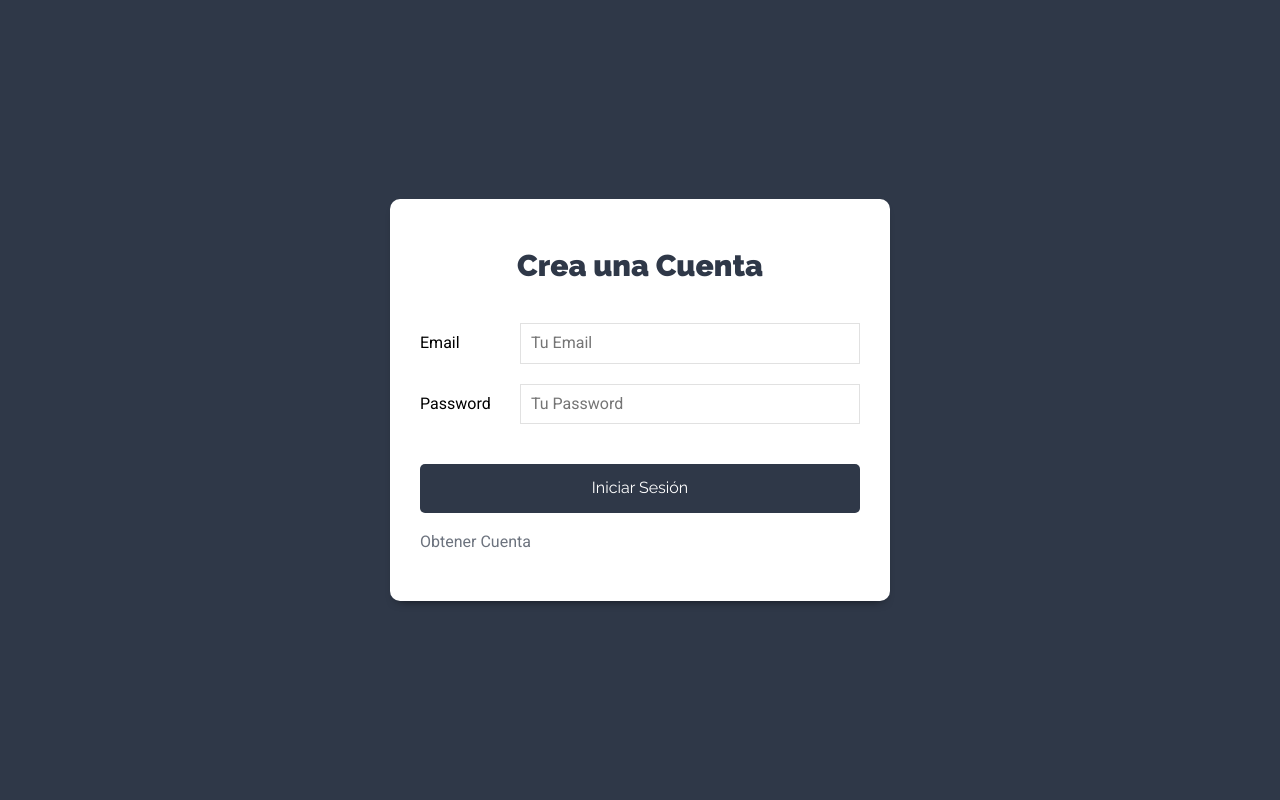
Repository: tive02/MERNTask-cliente
Page: /nueva-cuenta
An editor plug-in stored every save of this project. The page is shown before and after the next save, followed by the edit.
The browser window is 1280 px wide. The pictures show the whole page.
The project was rebuilt for these pictures with package versions that can differ from the ones it lists, and the page was loaded fresh each time. Also part of the build but not shown: src/components/auth/Login.js, src/components/proyectos/Proyectos.js.

Above is the page before, as saved 2021-03-19 20:16:58.

After the next save:
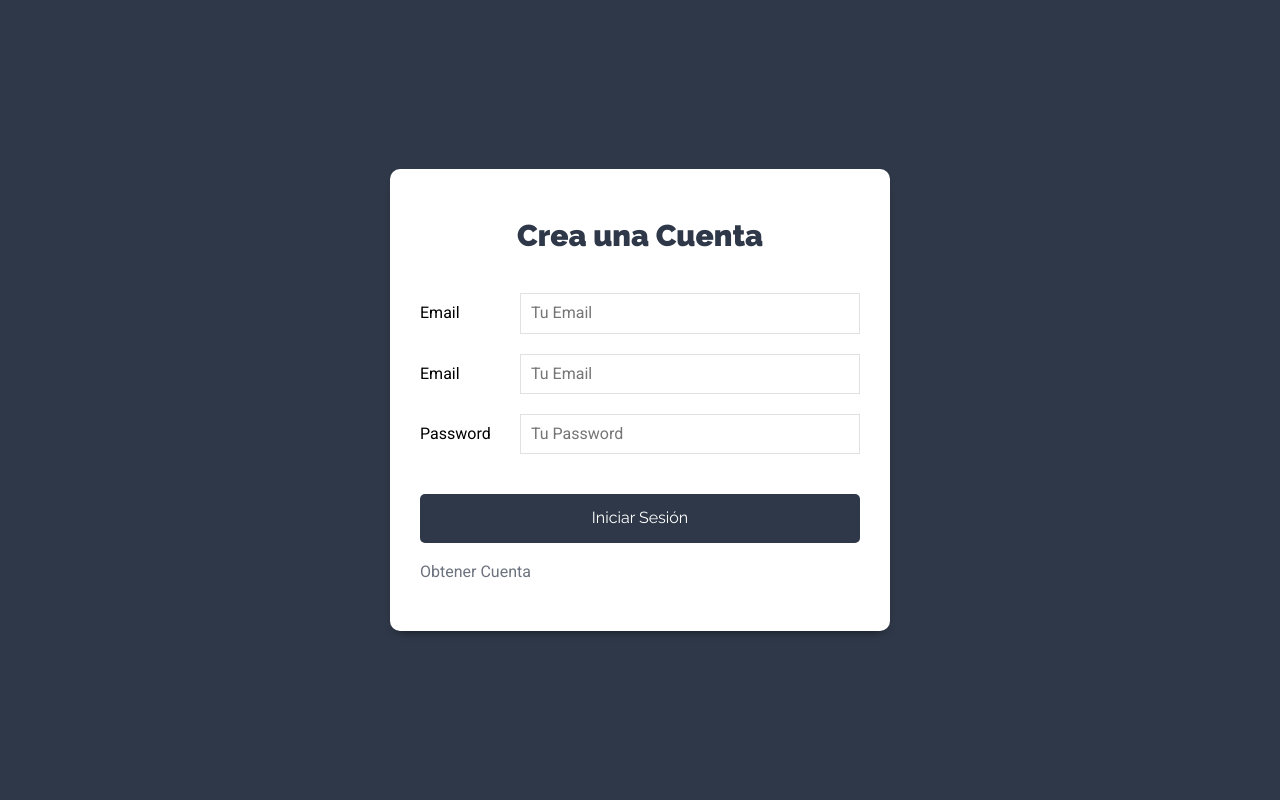
Saved 7 s later.
--- a/src/components/auth/NuevaCuenta.js
+++ b/src/components/auth/NuevaCuenta.js
@@ -37,6 +37,17 @@ const NuevaCuenta = () => {
             />
           </div>
           <div className="campo-form">
+            <label htmlFor="email">Email </label>
+            <input
+              type="email"
+              id="email"
+              name="email"
+              value={email}
+              placeholder="Tu Email"
+              onChange={onChange}
+            />
+          </div>
+          <div className="campo-form">
             <label htmlFor="password">Password </label>
             <input
               type="password"
